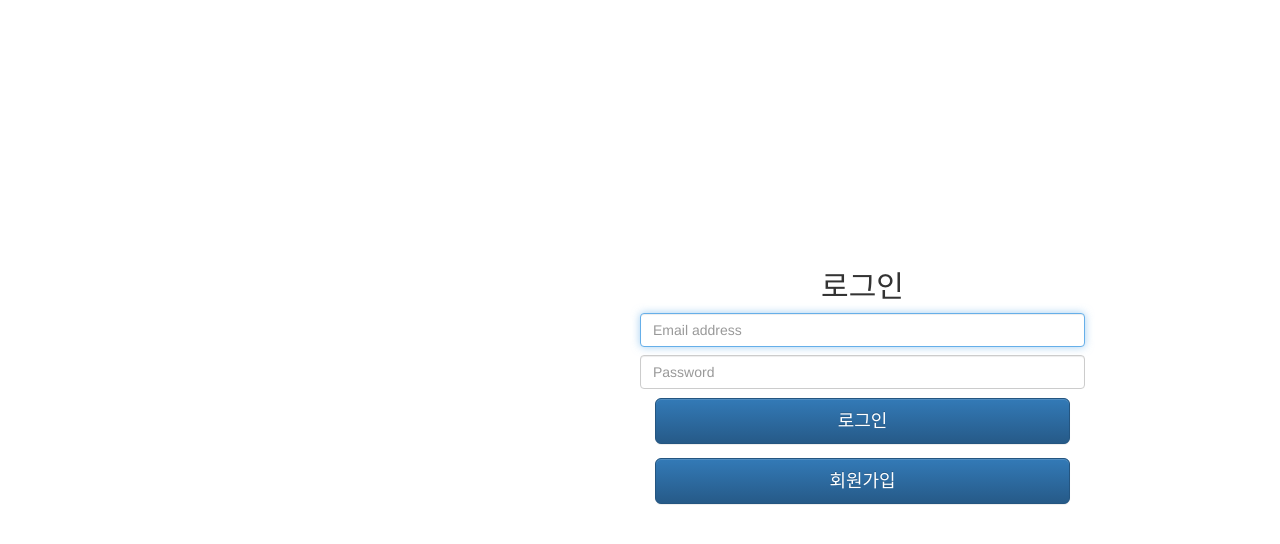
Repository: hrhwbp/Acorn-Final-Project
Page: http://localhost/final_project/index.jsp
The author's editor kept a copy of each file at every save. The page is drawn from the files as they stood at one save, then again after the next save.
The browser window is 1280 px wide. The pictures show the whole page.
Some web libraries are served in a nearby version. The page is served by Tomcat 9. Nobody is signed in. The application's start-up code is not run.

Above is the page before, as saved 2016-10-26 03:59:02.

After the next save:
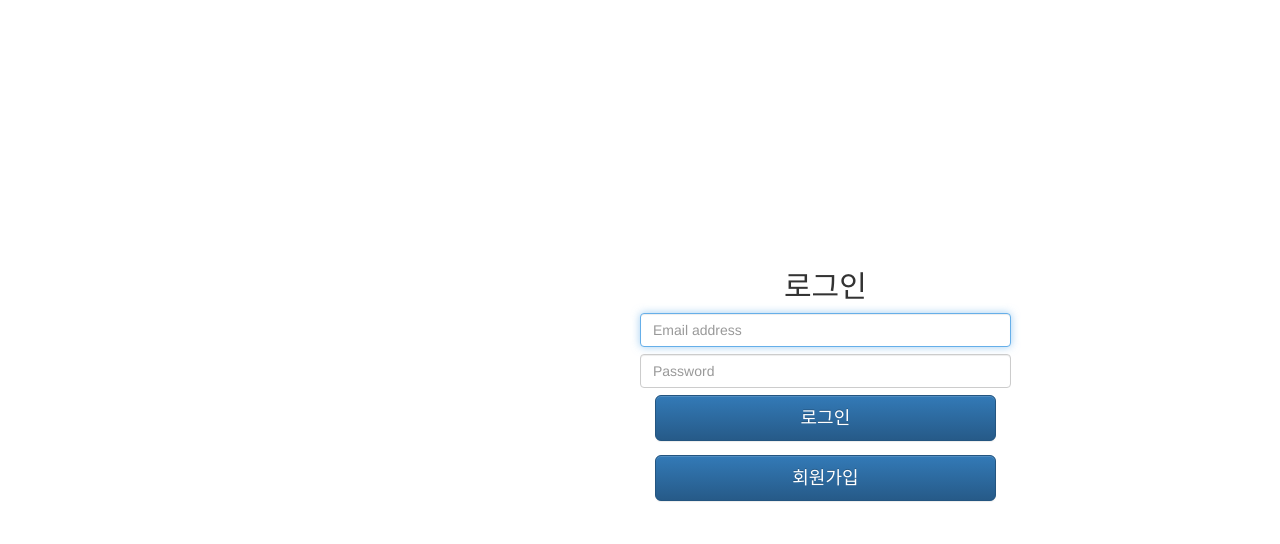
Saved 52 s later.
--- a/final_project/src/main/webapp/index.jsp
+++ b/final_project/src/main/webapp/index.jsp
@@ -29,7 +29,7 @@
 	<div class="container" style="padding-top: 250px">
 		<div class="container col-md-5 col-md-offset-1"></div>
 		<div class="container col-md-5">
-		<div class="row col-md-12">
+		<div class="row col-md-10">
 			<form class="form-signin">
 				<h2 class="form-signin-heading text-center">로그인</h2>
 				<div class="row">

After the save that followed:
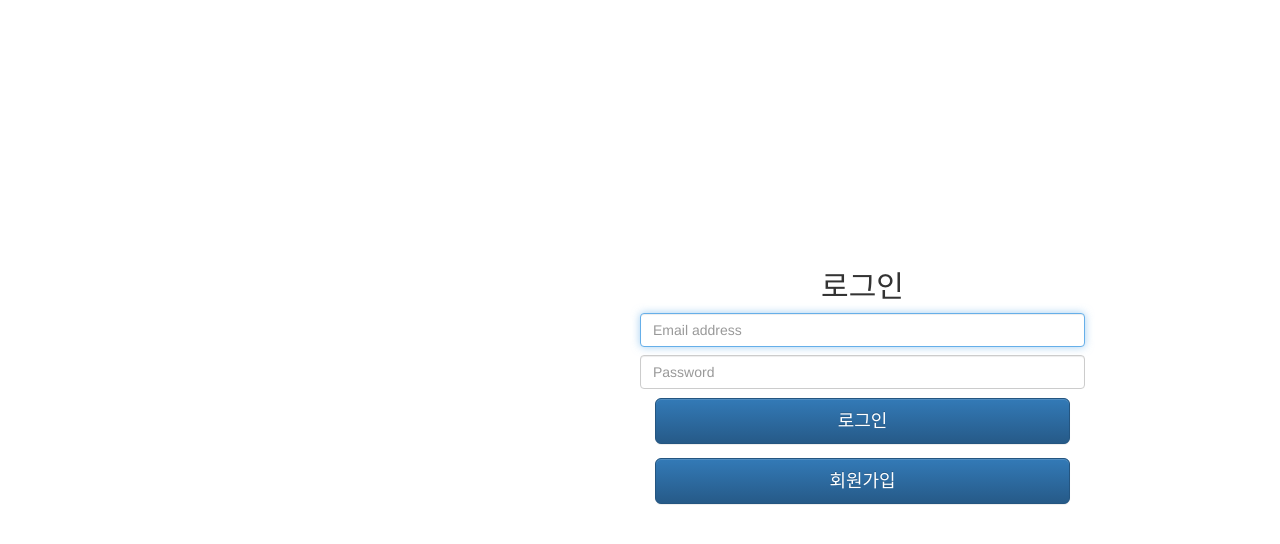
Saved 7 s later.
--- a/final_project/src/main/webapp/index.jsp
+++ b/final_project/src/main/webapp/index.jsp
@@ -29,7 +29,7 @@
 	<div class="container" style="padding-top: 250px">
 		<div class="container col-md-5 col-md-offset-1"></div>
 		<div class="container col-md-5">
-		<div class="row col-md-10">
+		<div class="row col-md-12">
 			<form class="form-signin">
 				<h2 class="form-signin-heading text-center">로그인</h2>
 				<div class="row">
